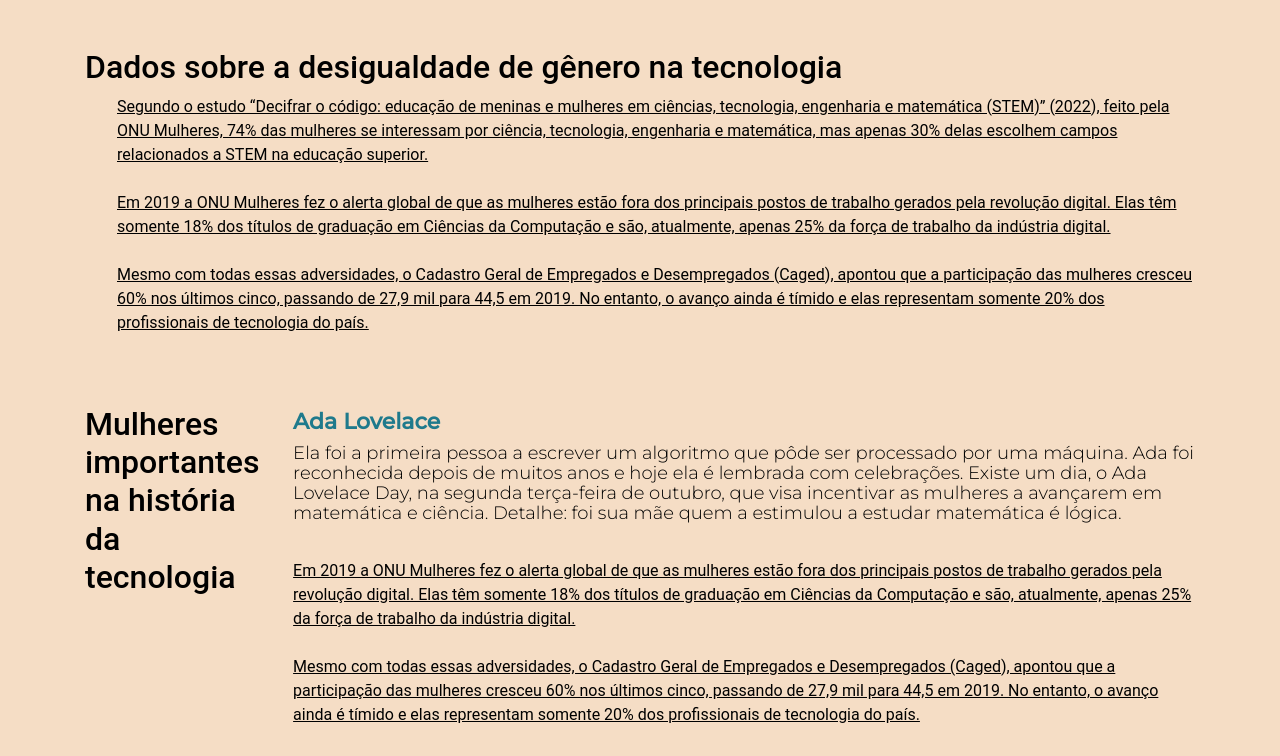
Repository: BellsBarbosa/ODS5_IGUALDADE_DE_GENERO
Page: index.html
An editor plug-in stored every save of this project. The page is shown before and after the next save, followed by the edit.
The browser window is 1280 px wide. The pictures show the part of the page from y = 1260 to 2016 px (the page is 2952 px tall).
A picture or video elsewhere on the page could not be fetched, so the positions and the page height are approximate.

Above is the page before, as saved 2023-08-11 15:26:26.

### index.html
<!DOCTYPE html>
<html lang="en">

<head>
    <meta charset="UTF-8">
    <meta name="viewport" content="width=device-width, initial-scale=1.0">
    <meta name="author" content="Isabel Barbosa, Bootstrap contributors">
    <title>ODS 5 - Igualdade de Gênero</title>
    <link href="https://cdn.jsdelivr.net/npm/bootstrap@5.3.0-alpha3/dist/css/bootstrap.min.css" rel="stylesheet"
        integrity="sha384-KK94CHFLLe+nY2dmCWGMq91rCGa5gtU4mk92HdvYe+M/SXH301p5ILy+dN9+nJOZ" crossorigin="anonymous">
    <link rel="stylesheet" href="https://cdn.jsdelivr.net/npm/bootstrap-icons@1.10.5/font/bootstrap-icons.css">
    <link rel="preconnect" href="https://fonts.googleapis.com">
    <link rel="preconnect" href="https://fonts.gstatic.com" crossorigin>
    <link
        href="https://fonts.googleapis.com/css2?family=Caveat:wght@500;700&family=Kalam&family=Montserrat:ital,wght@0,300;0,400;0,500;1,400;1,500;1,600&display=swap"
        rel="stylesheet">
    <link rel="stylesheet" href="style.css">
    </script>


</head>

<body>

    <header class="header-menu">
        <nav>
            <img src="IMG/ODS5-1.jpg" alt="ODS5" width="100%" height="100%"></a>
            <ul class="lista-menu">
                <li><a href="#ods">ODS</a> </li>
                <li><a href="#dados">Dados</a></li>
                <li><a href="#destaques">Destaques</a></li>
                <li><a href="#cards">Soluções</a></li>
                <li><a href="#contato">Contatos</a></li>
            </ul>
        </nav>

    </header>


    <div class="container col-xxl-8 px-4 py-5">
        <div class="row flex-lg-row-reverse align-items-center g-5 py-5">
            <div class="col-10 col-sm-8 col-lg-6">
                <img src="IMG/4029136.jpg" class="d-block mx-lg-auto img-fluid" alt="Bootstrap Themes" loading="lazy">
            </div>
            <div class="col-lg-6">
                <h1 class="display-5 fw-bold text-body-emphasis lh-1 mb-3">ODS 5 - IGUALDADE DE GÊNERO</h1>
                <p class="lead">Aumentar o uso de tecnologias de base, em particular as tecnologias de informação
                    <br>e comunicação, para promover o empoderamento das mulheres.
                </p>
                <a href="https://brasil.un.org/pt-br/sdgs/5" class="botao" target="_blank">Saiba mais</a>
                <div class="d-grid gap-2 d-md-flex justify-content-md-start">

                </div>
            </div>
        </div>
    </div>



    <section class="container-fluid" id="ods">
        <div class="row">
            <div class="column">
                <h2 id="h2-margin">O Que são as ODS?</h2>
                <p>Os Objetivos de Desenvolvimento Sustentável são um apelo global à ação para acabar com a
                    pobreza,
                    proteger o meio ambiente e o clima e garantir que as pessoas, em todos os lugares, possam
                    desfrutar de paz e de prosperidade. Estes são os objetivos para os quais as Nações Unidas
                    estão
                    contribuindo a fim de que possamos atingir a Agenda 2030 no Brasil. O objetivo escolhido foi
                    a ODS 5.B: Aumentar o uso de tecnologias de base, em particular as
                    tecnologias de informação e comunicação, para promover o empoderamento das mulheres.
                </p>
                <img src="IMG/odssss-1-scaled.jpg" align-items="left" alt="Crédito da imagem: Estratégia Ods"
                    width="600" height="330">
                </h1>
            </div>

            <div class="column">
                <h2>ODS 5 - Igualdade de Gênero</h2>
                <p><i>Juliette Erath</i></p>
                <p>"A desigualdade de gênero é em grande parte responsável pela diferença no ambiente de
                    trabalho e
                    nas habilidades em relação a um padrão no setor de tecnologia. Para enfrentar essa
                    desigualdade
                    internacional e crescente, um esforço com empenho precisa ser feito para compreender a
                    origem
                    desse problema e solucioná-lo (...) No Brasil, em 2019, apenas 26% dos formados na área STEM
                    eram mulheres." é o que nos diz <a
                        href="https://www.ironhack.com/br/pt/blog/desigualdade-de-genero-na-tecnologia-vamos-discuti-la"
                        class="link" target="_blank">Juliette Erath em seu texto para IRONHACK.</a></p>
                <iframe width="560" height="315" src="https://www.youtube.com/embed/go-VJzRqacE"
                    title="YouTube video player" frameborder="0"
                    allow="accelerometer; autoplay; clipboard-write; encrypted-media; gyroscope; picture-in-picture; web-share"
                    allowfullscreen></iframe>
            </div>
        </div>

    </section>
    <section class="container-fluid" id="dados">
        <article class="container article-lista">
            <div class="dados">
                <h2>Dados sobre a desigualdade de gênero na tecnologia</h2>
                <ul>
                    <li> <a href="https://blog.google/intl/pt-br/novidades/por-dentro-do-google/mind-the-gap-2022-incentivando-meninas-a-ingressarem-em-carreiras-na-area-de-tecnologia/#:~:text=Segundo%20o%20estudo%20%E2%80%9CDecifrar%20o,a%20STEM%20na%20educa%C3%A7%C3%A3o%20superior."
                            class="link" target="_blank">Segundo o estudo “Decifrar o código: educação de
                            meninas e
                            mulheres em ciências, tecnologia, engenharia e matemática (STEM)” (2022), feito pela
                            ONU
                            Mulheres, 74% das mulheres se interessam por ciência, tecnologia, engenharia e
                            matemática,
                            mas apenas 30% delas escolhem campos relacionados a STEM na educação superior.</a>
                    </li> </br>
                    <a href="http://www.onumulheres.org.br/noticias/onu-mulheres-defende-investimentos-publicos-e-privados-em-igualdade-de-genero-para-aumentar-participacao-de-meninas-e-mulheres-em-ciencia-e-tecnologia/"
                        class="link" target="_blank">Em 2019 a ONU Mulheres fez o alerta global de que as
                        mulheres estão
                        fora dos principais postos de trabalho gerados pela revolução digital. Elas têm somente
                        18% dos
                        títulos de graduação em Ciências da Computação e são, atualmente, apenas 25% da força de
                        trabalho da indústria digital.</a></li> </br> </br>
                    <li> <a href="https://www.vittude.com/blog/mulheres-na-tecnologia-os-desafios-femininos-no-setor/"
                            class="link" target="_blank"> Mesmo com todas essas adversidades, o Cadastro Geral
                            de
                            Empregados e Desempregados (Caged), apontou que a participação das mulheres cresceu
                            60% nos
                            últimos cinco, passando de 27,9 mil para 44,5 em 2019. No entanto, o avanço ainda é
                            tímido e
                            elas representam somente 20% dos profissionais de tecnologia do país.</a> </li>
                    </br>
                </ul> <br>

            </div>
        </article>
    </section>
<section class="container-fluid" id="destaques">
    <article class="container article-lista">
        <div class="destaques">
            <h2>Mulheres importantes na história da tecnologia</h2>
            <ul>
                <li> <p class="lista-titulo">Ada Lovelace</p>
                    <p class="lista-descricao">
                    Ela foi a primeira pessoa a escrever um algoritmo que pôde ser processado por
                    uma máquina.
                    Ada foi reconhecida depois de muitos anos e hoje ela é lembrada com celebrações.
                    Existe um
                    dia, o Ada Lovelace Day, na segunda terça-feira de outubro, que visa incentivar
                    as mulheres
                    a avançarem em matemática e ciência. Detalhe: foi sua mãe quem a estimulou a
                    estudar
                    matemática é lógica.</br>
                    </br>
                </p></li>
                <a href="http://www.onumulheres.org.br/noticias/onu-mulheres-defende-investimentos-publicos-e-privados-em-igualdade-de-genero-para-aumentar-participacao-de-meninas-e-mulheres-em-ciencia-e-tecnologia/"
                    class="link" target="_blank">Em 2019 a ONU Mulheres fez o alerta global de que as
                    mulheres estão
                    fora dos principais postos de trabalho gerados pela revolução digital. Elas têm somente
                    18% dos
                    títulos de graduação em Ciências da Computação e são, atualmente, apenas 25% da força de
                    trabalho da indústria digital.</a></li> </br> </br>
                <li> <a href="https://www.vittude.com/blog/mulheres-na-tecnologia-os-desafios-femininos-no-setor/"
                        class="link" target="_blank"> Mesmo com todas essas adversidades, o Cadastro Geral
                        de
                        Empregados e Desempregados (Caged), apontou que a participação das mulheres cresceu
                        60% nos
                        últimos cinco, passando de 27,9 mil para 44,5 em 2019. No entanto, o avanço ainda é
                        tímido e
                        elas representam somente 20% dos profissionais de tecnologia do país.</a> </li>
                </br>
            </ul> <br>

        </div>
    </article>
</section>


    <section class="container-fluid" id="cards">
        <div class="row row-cols-1 row-cols-md-3 g-4">
            <div class="col">
                <div class="card">
                    <img src="IMG/criança.jpg" class="card-img-top" alt="...">
                    <div class="card-body">
                        <h5 class="card-title text-center">Introduza meninas ao mundo da tecnologia</h5>
                        <p class="card-text justify-content-evenly">Apresentar as meninas ao mundo da tecnologia expande
                            as chances delas desenvolverem suas habilidades e criatividade,
                            proporcionando a elas a chance de inventar, criar e aprender sobre a área.</p>
                    </div>
                </div>
            </div>
            <div class="col">
                <div class="card">
                    <img src="IMG/mulher_liderança.jpg" class="card-img-top" alt="...">
                    <div class="card-body">
                        <h5 class="card-title text-center">Comemore as mulheres na liderança</h5>
                        <p class="card-text justify-content-evenly">Divulgar a jornadas de mulheres que impactaram na
                            tecnologia, e celebrar o trabalho dessas vitoriosas, irá inspirar
                            nossas meninas e mulheres a iniciar suas próprias carreiras na área tecnológica..</p>
                    </div>
                </div>
            </div>
            <div class="col">
                <div class="card">
                    <img src="IMG/parcerias.jpg" class="card-img-top" alt="...">
                    <div class="card-body">
                        <h5 class="card-title text-center">Estabeleça parcerias e oportunidades</h5>
                        <p class="card-text justify-content-evenly">Realizar parcerias com entidades que utilizam a
                            tecnologia como instrumento para diminuir a desigualdade de gênero irá
                            expandir o alcance desses projetos, aumentando assim a inserção de mulheres na
                            tecnologia.</p>
                    </div>
                </div>
            </div>

        </div>
    </section> <br>


    <footer class="rodape" id="contato">
        <div class="container">
            <div class="row">
                <div class="column">
                    <ul class="lista-rodape">
                        <li> <i class="bi bi-envelope"></i><a href="barbosa.isabelcristina@gmail.com" target="_blank"
                                class="link-icone">
                                barbosa.isabelcristina@gmail.com</a></li>
                        <li><i class="bi bi-linkedin"></i><a href="https://www.linkedin.com/in/isabel-barbosa-aa080456/"
                                target="_blank" class="link-icone"> Isabel Barbosa</a></li>
                        <li><i class="bi bi-github"></i><a href="https://github.com/BellsBarbosa" target="_blank"
                                class="link-icone">
                                BellsBarbosa</a></li>
                        <li><i class="bi bi-arrow-up-square-fill"></i><a href="#top" class="link-icone"> Topo da
                                página</a></li>

                    </ul>
                </div>
                <div class="column">
                    <ul class="lista-rodape">
                        <li>Créditos:</li>
                        <li>Imagem ODS:<a href="https://estrategiaods.org.br/" target="_blank" class="link-icone">
                                Estratégia ODS</a></li>
                        </li>
                        <li>Hero Image:<a
                                href="https://br.freepik.com/vetores-gratis/conceito-de-igualdade-de-genero_8925920.htm#query=igualdade%20de%20genero&position=0&from_view=search&track=ais">Imagem
                                de pikisuperstar</a> no Freepik</li>
                        </li>
                        <li> Video: <a href="https://www.youtube.com/watch?v=go-VJzRqacE&ab_channel=CentroCulturalLight"
                                target="_blank" class="link-icone">
                                Centro Cultural Light</a></li>
                        </li>
                        <li> Card 1: <a
                                href="https://br.freepik.com/fotos-gratis/garotinha-afro-americana-feliz-durante-videochamada-com-laptop_20052825.htm#query=meninas%20na%20tecnologia&position=14&from_view=search&track=ais">Imagem
                                de master1305</a> no Freepik
                        </li>
                        <li> Card 2: <a
                                href="https://br.freepik.com/fotos-gratis/mulher-afro-americana-confiante-com-documentos-em-papel_6882196.htm#query=mulheres%20na%20lideran%C3%A7a&position=19&from_view=search&track=ais">Imagem
                                de pch.vector</a> no Freepik
                        </li>
                        <li> Card 3: <a
                                href="https://br.freepik.com/fotos-gratis/mulheres-de-negocios-felizes-apoiando-uns-aos-outros-e-de-maos-dadas-em-um-cafe_26402023.htm#query=mulheres%20na%20lideran%C3%A7a&position=17&from_view=search&track=ais">Imagem
                                de Drazen Zigic</a> no Freepik
                        </li>
                    </ul>
                </div>
            </div>


        </div>
    </footer>

### style.css
 @import url('https://fonts.googleapis.com/css2?family=Caveat:wght@500;700&family=Kalam&family=Montserrat:ital,wght@0,300;0,400;0,500;1,400;1,500;1,600&display=swap');

 * {

   margin: 0;

   padding: 0;

   outline: 0;
 }

 body {

   font-family: 'Roboto', sans-serif;
   margin: 0;
   background-color: #f5ddc5;
   display: flex;
   min-height: 100vh;
   flex-direction: column;
   margin-top: 0%;
   position: relative;
   width: 100%;
   margin: 0 auto;
   padding: 0;

 }

 p {
   font-size: 1.2em;
   font-family: 'Montserrat', sans-serif;
   color: #000000;

 }

 a {
   color: rgb(0, 0, 0);
 }

 .h2 {
   color: #0b0b0b
 }

 li {

   list-style: none;
 }

 .header-menu {

   display: flex;
   position: fixed;
   width: 100%;
   padding: 8px;
   padding-bottom: 32px;
   padding-top: 32px;
   height: 30px;
   background-color: #6e999c;
 }

 .header-menu nav {
   display: flex;
   justify-content: flex-end;
   width: 100%;
 }

 .lista-menu {
   display: flex;
   justify-content: space-evenly;
   width: 50%;
   align-items: center;
 }

 .lista-menu li>a {
   color: #FFF;
   font-size: 18px;
   text-decoration: inherit;
 }

 .lista-titulo {
   font-weight: 600;
 }

 .lista-titulo {
   margin-bottom: 5px;
   font-size: 22px;
   color: #1F7A8C;
   font-weight: 700;
 }

 .lista-local {
   font-size: 18px;
   color: #2F80ED;

 }

 .lista-descricao {
   font-size: 18px;
   margin-top: 5px;
   line-height: 20px;
   color: #000000;
   font-weight: 300;
 }

 .botao {
   border-radius: 8px;
   border: 1px solid #9fadaa;
   color: #9fadaa;
   font-size: 1.2em;
   line-height: 25px;
   text-align: center;
   text-decoration: none;
   text-transform: uppercase;
   padding: 10px 20px 10px 20px;
   position: relative;
   width: 200px;
 }

 .botao a {
   padding-left: 20%;
 }

 .botao a:hover {
   color: #000000;
   font-size: 1.2em;
 }


 .column {
   float: left;
   width: 50%;
   padding: 3%;
   color: #000000;
   text-align: justify;
 }

 /* Clear floats after the columns */
 .row:after {
   content: "";
   display: table;
   clear: both;
 }

 .ods {
   padding-bottom: 3%;
 }

 .dados {
   padding: 3px;
   align-content: center;
   color: #000000
 }

 .destaques {
   padding: 3px;
   align-content: center;
   color: #000000;
   padding-bottom: 3%;
   display: flex;
 }

 .cards {

   padding: 3px;
   align-content: center;
   color: #000000;
   padding-bottom: 3%;
 }

 .rodape {
   height: 300px;
   display: flex;
   align-items: center;
   background-color: #6e999c;

 }

 .lista-rodape {
   color: #000000;
   font-weight: 700;
   font-size: 20px;
   margin-bottom: 16px;
   display: flex;
   align-items: flex-start;
   flex-direction: column;

 }

 .estilo-icone {
   font-size: 32px;
   margin-right: 10px;
 }

After the next save:
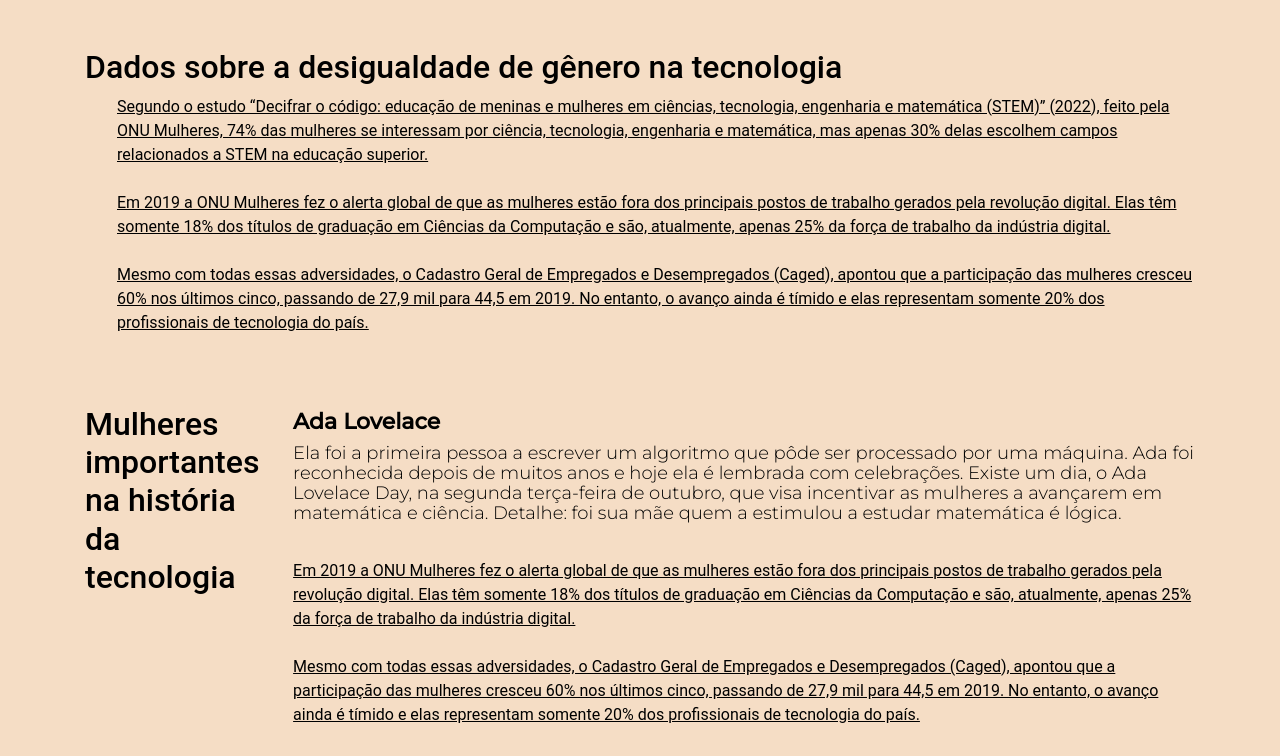
Saved 20 s later.
--- a/style.css
+++ b/style.css
@@ -83,7 +83,7 @@
  .lista-titulo {
    margin-bottom: 5px;
    font-size: 22px;
-   color: #1F7A8C;
+   color: #000000;
    font-weight: 700;
  }
 
